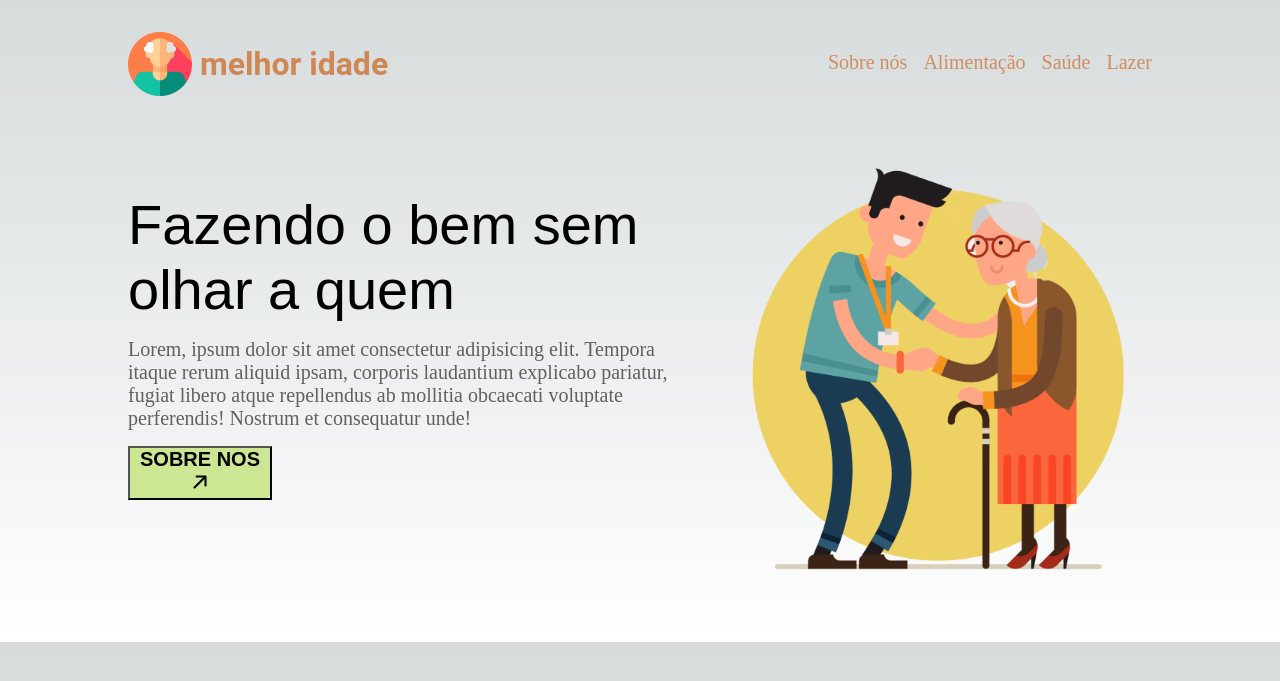
Repository: Giopol12/melhor-idade-online
Page: /home
These files come from the project's save history. The page is drawn as it stood at one moment and after the next save; the edit follows.
The browser window is 1280 px wide. The pictures show the whole page.
The project was rebuilt for these pictures with package versions that can differ from the ones it lists, and the page was loaded fresh each time. The framework's server and built-in components were replaced by stand-ins that run in the browser. Also part of the build but not shown: next.config.js.

Above is the page before, as saved 2023-11-12 16:20:39.

### src/pages/home/index.tsx
import { Header } from '@/components/Header'
import { Container } from './styles'
import { HomeMain } from './HomeMain'

export default function Home() {
  return (
    <Container>
      <Header />
      <HomeMain />
    </Container>
  )
}

### src/components/Header/index.tsx
import Image from 'next/image'
import { HeaderContainer, LogoContainer, NavContainer } from './styles'

import logo2 from '../../../assets/logo2.png'
import Link from 'next/link'

export function Header() {
  return (
    <HeaderContainer>
      <LogoContainer href="/">
        <Image src={logo2} width={64} alt="logo" quality={100} />
        <strong>melhor idade</strong>
      </LogoContainer>

      <NavContainer>
        <Link href={'/nutrition'}>Sobre nós</Link>
        <Link href="/">Alimentação</Link>
        <Link href="/">Saúde</Link>
        <Link href="/">Lazer</Link>
      </NavContainer>
    </HeaderContainer>
  )
}

### src/pages/home/styles.ts
import { styled } from '@/styles'

export const Container = styled('div', {
  maxWidth: '1440px',
  margin: '0 auto',
})

### src/pages/home/HomeMain/index.tsx
import Image from 'next/image'
import { ContentContainer, HomeMainContainer } from './styles'

import mainImg from '../../../../assets/main-image.png'
import { ArrowUpRight } from '@phosphor-icons/react'

export function HomeMain() {
  return (
    <HomeMainContainer>
      <ContentContainer>
        <h1>Fazendo o bem sem olhar a quem</h1>
        <p>
          Lorem, ipsum dolor sit amet consectetur adipisicing elit. Tempora
          itaque rerum aliquid ipsam, corporis laudantium explicabo pariatur,
          fugiat libero atque repellendus ab mollitia obcaecati voluptate
          perferendis! Nostrum et consequatur unde!
        </p>
        <button>
          <span>SOBRE NOS</span>
          <ArrowUpRight size={22} weight="bold" />
        </button>
      </ContentContainer>
      <Image src={mainImg} width={450} alt="" />
    </HomeMainContainer>
  )
}

### src/components/Header/styles.ts
import { styled } from '@/styles'
import Link from 'next/link'

export const HeaderContainer = styled('header', {
  maxWidth: 1024,
  margin: '2rem auto',
  display: 'flex',
  justifyContent: 'space-between',
  alignItems: 'center',
})
export const LogoContainer = styled(Link, {
  fontFamily: 'Roboto, sans-serif',
  display: 'flex',
  alignItems: 'center',
  gap: '0.5rem',
  fontWeight: 900,
  fontSize: '2rem',
  textDecoration: 'none',
  color: '$beije500',
})
export const NavContainer = styled('div', {
  display: 'flex',
  gap: '1rem',
  a: {
    textDecoration: 'none',
    color: '$beije400',
    fontSize: '$lg',
    borderBottom: '3px solid transparent',
    '&:hover': {
      borderBottom: '3px solid $beije500',
    },
  },
})

### src/styles/index.ts
import { createStitches } from '@stitches/react'
export const {
  config,
  createTheme,
  css,
  getCssText,
  globalCss,
  keyframes,
  prefix,
  reset,
  styled,
  theme,
} = createStitches({
  theme: {
    colors: {
      white: '#FFF',

      beije100: '#FFFBF4',
      beije400: '#D18D5E',
      beije500: '#CE8755',
      gray500: '#61605F',
      gray700: '#21201F',
      gray900: '#010101',
      green100: '#CDE693',
    },

    fontSizes: {
      md: '1.125rem',
      lg: '1.25rem',
      xl: '1.5rem',
      '2xl': '2rem',
    },
  },
})

### src/pages/home/HomeMain/styles.ts
import { styled } from '@/styles'

export const HomeMainContainer = styled('main', {
  maxWidth: 1024,
  margin: '3rem auto',
  display: 'flex',
  justifyContent: 'space-between',
})
export const ContentContainer = styled('div', {
  marginTop: '3rem',
  display: 'flex',
  flexDirection: 'column',

  flex: 1,
  gap: '1rem',
  paddingRight: '1.5rem',
  h1: {
    fontSize: '3.5rem',
    color: '$gray900',
    fontFamily: 'Lobster, sans-serif;',
    fontWeight: '400',
  },
  p: {
    fontSize: '$lg',
    color: '$gray500',
  },
  button: {
    fontWeight: 'bold',
    width: '9rem',
    fontSize: '$lg',
    background: '$green100',
  },
})

Loaded but not shown: src/pages/_app.tsx (common file); src/pages/_document.tsx (common file); src/styles/globals.css (common file)

After the next save:
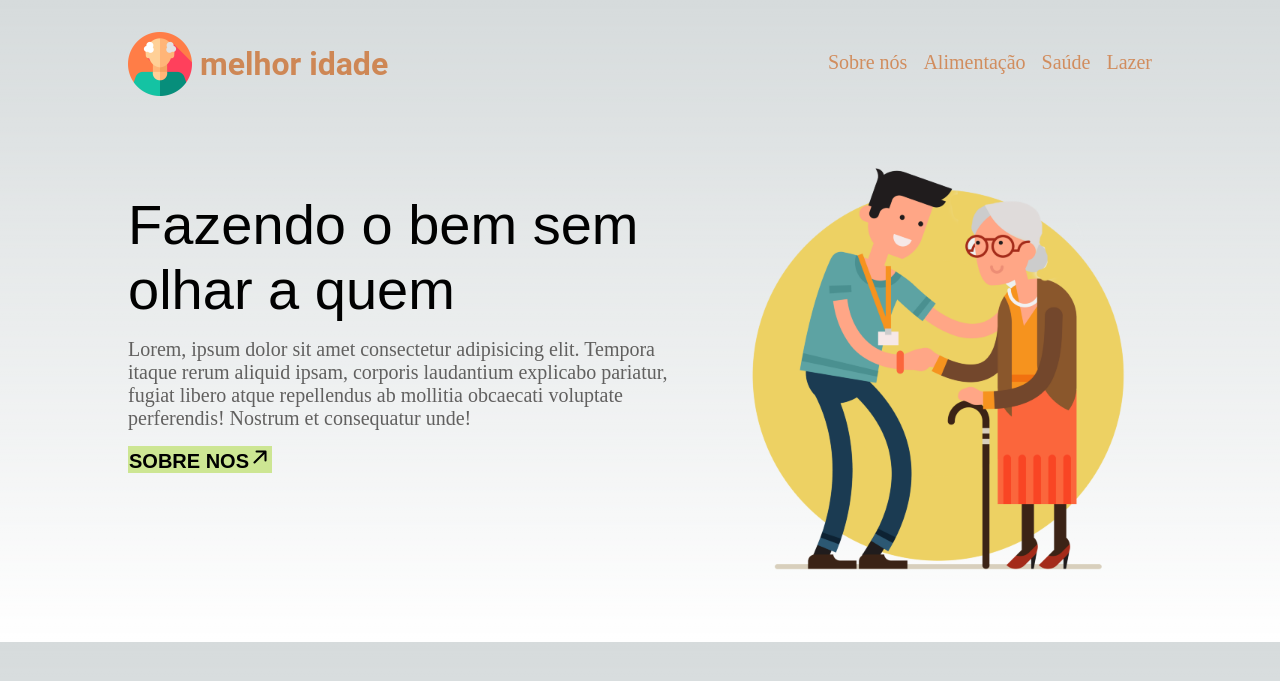
Saved 10 s later.
--- a/src/pages/home/HomeMain/styles.ts
+++ b/src/pages/home/HomeMain/styles.ts
@@ -29,5 +29,6 @@ export const ContentContainer = styled('div', {
     width: '9rem',
     fontSize: '$lg',
     background: '$green100',
+    border: 0,
   },
 })
